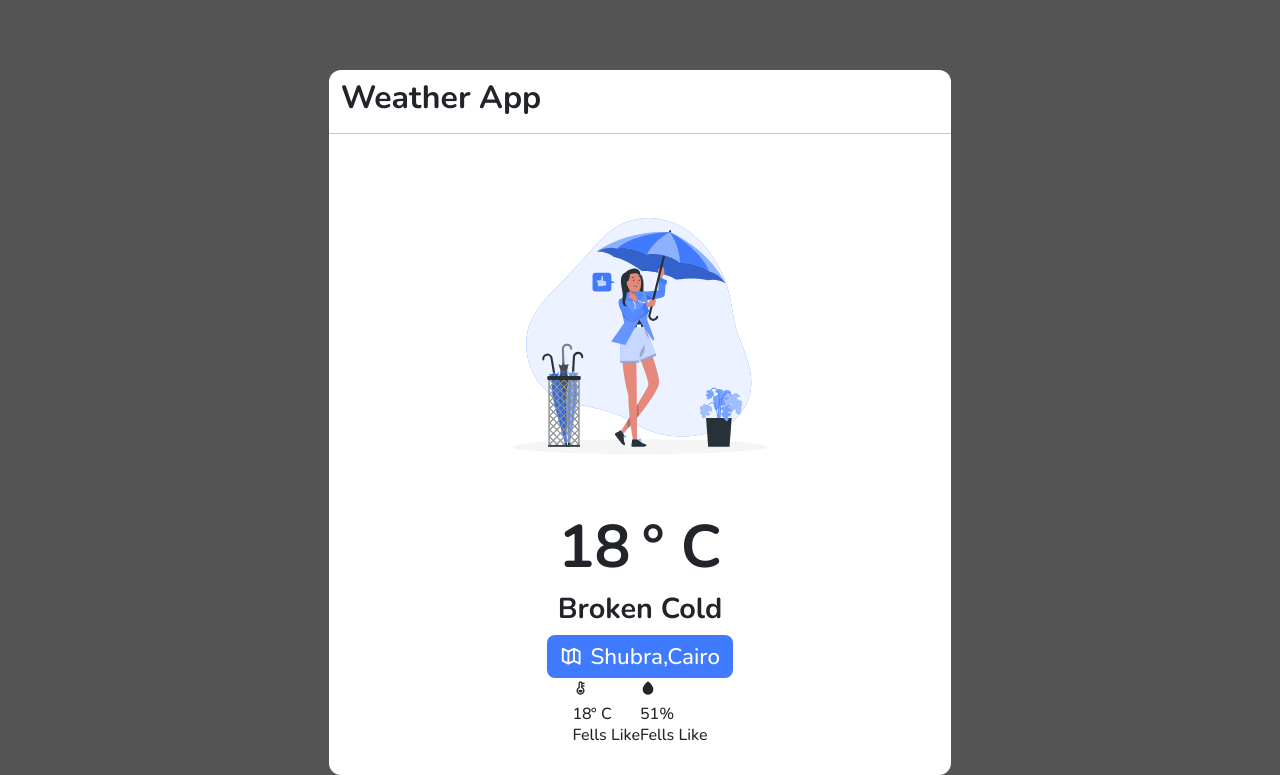
Repository: youssef168/Weather-App
Page: index.htm
These files come from the project's save history. The page is drawn as it stood at one moment and after the next save; the edit follows.
The browser window is 1280 px wide. The pictures show the whole page.

Above is the page before, as saved 2021-12-28 20:14:17.

### index.htm
<!DOCTYPE html>
<html lang="en">
<head>
    <meta charset="UTF-8">
    <meta http-equiv="X-UA-Compatible" content="IE=edge">
    <meta name="viewport" content="width=device-width, initial-scale=1.0">
    <link href="https://cdn.jsdelivr.net/npm/bootstrap@5.1.3/dist/css/bootstrap.min.css" rel="stylesheet" integrity="sha384-1BmE4kWBq78iYhFldvKuhfTAU6auU8tT94WrHftjDbrCEXSU1oBoqyl2QvZ6jIW3" crossorigin="anonymous">
    <link rel="preconnect" href="https://fonts.googleapis.com">
    <link rel="preconnect" href="https://fonts.gstatic.com" crossorigin>
    <link href="https://fonts.googleapis.com/css2?family=Nunito:ital,wght@0,300;0,500;0,600;0,700;0,900;1,200;1,300;1,400;1,500;1,700&family=Work+Sans:ital,wght@1,400;1,600&display=swap" rel="stylesheet">
    <link rel="stylesheet" href="./style.css">
    <link href='https://unpkg.com/boxicons@2.1.1/css/boxicons.min.css' rel='stylesheet'>

    <title>Document</title>
</head>
<body>
    <div class="container">
        <div class='row super'>
            <h2>Weather App</h2>
            <hr>
          <div class='col'>
              <div class="wearher-img">
                  <img class="w-100" src="./Umbrella-rafiki.svg" alt="">
              </div>
              <div class="weather-details">
                  <span class="degree">18</span>
                  <span class="sign">°</span>
                  <span class="sign-2">
                    C
                  </span>
                </div>
                <h4 class='weatherStatus'>Broken Cold</h4>
              <div class="location">
                <i class='bx bx-map-alt mr-4'></i>
                <span>Shubra,Cairo</span>
              </div>
              <div class="detail-box">
                  <div class="column fellLike">
                    <i class='bx bxs-thermometer'></i>
                    <div class="innerFeild">
                        <span class="degree-2">18</span>
                        <span class="sign">°</span>
                        <span class="sign-2">
                          C
                        </span>
                    </div>
                    <h6>Fells Like</h6>
              </div>

                  <div class="column Humidity">
                    <i class='bx bxs-droplet'></i>
                    <div class="innerFeild">
                        <span class="degree-3">51%</span>
                    </div>
                    <h6>Fells Like</h6>
                  </div>

          </div>
    </div>

    <script src="./script.js"></script>
    <script src="https://cdn.jsdelivr.net/npm/bootstrap@5.1.3/dist/js/bootstrap.bundle.min.js" integrity="sha384-ka7Sk0Gln4gmtz2MlQnikT1wXgYsOg+OMhuP+IlRH9sENBO0LRn5q+8nbTov4+1p" crossorigin="anonymous"></script>
</body>
</html>

### style.css
/* Start Global Rules */
body {
    font-family: 'Nunito', sans-serif;
    background: #555

}



.super {
    margin: auto;
    margin-top: 70px;
    width: fit-content;
    background: #fff;
    border-radius: 12px;
    /* background-image: url('./blob.svg');
    background-repeat: no-repeat;
    background-size: covere; */
}

/* end Global Rules */

h2 {
    font-weight: bold !important;
    /* font-size: 3.6rem !important; */
    line-height: 55px ;
}

.container {
    padding: 0;
}

.wearher-img {
    width: 330px;
}

.col {
    padding: 22px;
    display: flex !important;
    flex-direction: column;
    justify-content: center;
    align-items: center;
}

.weather-details {
    font-size: 60px;
    font-weight: bold;
}

.sign {
    margin-left: -5px;
}

.weatherStatus {
    font-weight: bolder;
    font-size: 1.8rem;
}

.location {
    font-size: 1.4rem;
    display: flex;
    align-items: center;
    background-color: #407BFF;
    padding: 5px 13px;
    color: #fff;
    border-radius: 8px;

}

.location .bx-map-alt {
    margin-right: 8px;
}

.detail-box {
    display: flex;
    justify-content: space-around !important;
}

Loaded but not shown: script.js (no copy from this time; the picture is the same without it)

After the next save:
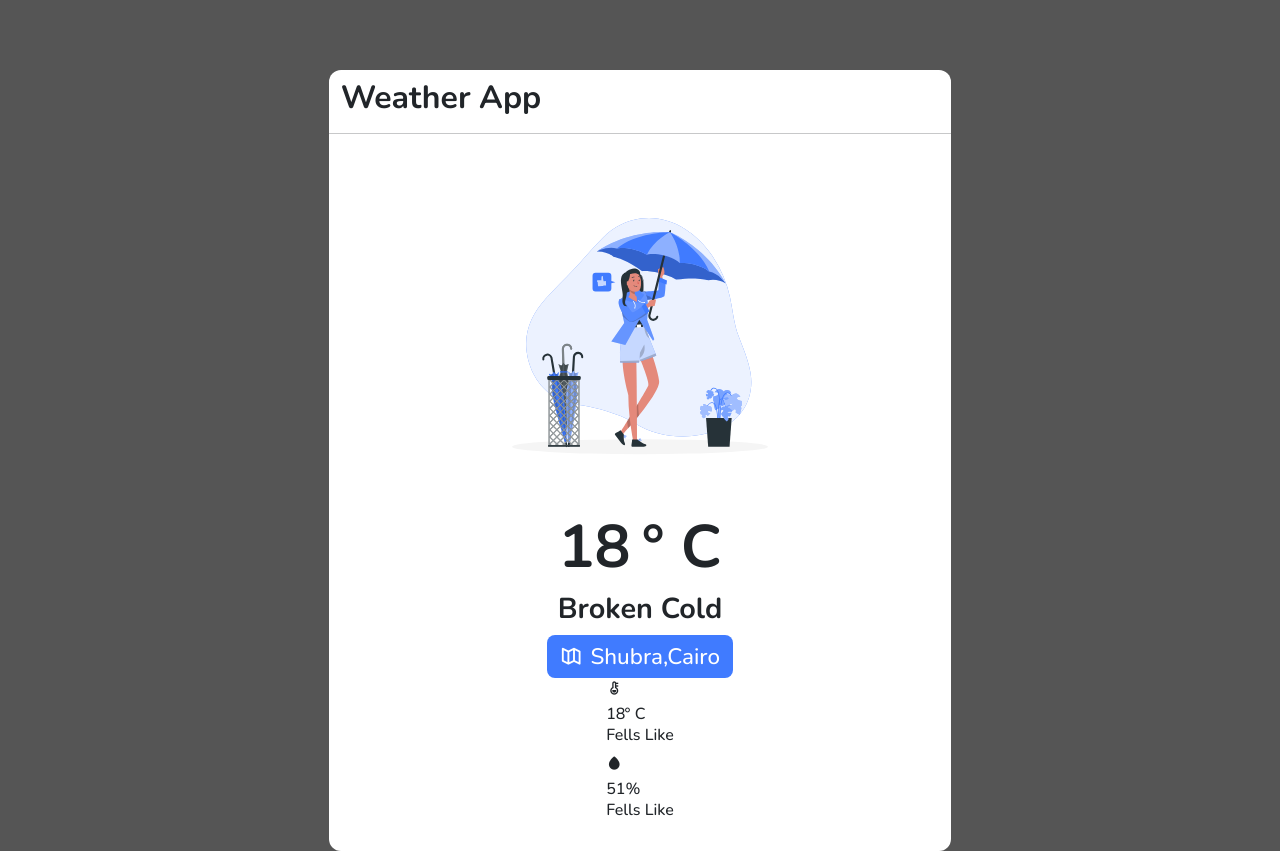
Saved 10 s later.
--- a/index.htm
+++ b/index.htm
@@ -45,7 +45,8 @@
                         </span>
                     </div>
                     <h6>Fells Like</h6>
-              </div>
+                </div>
+            </div>
 
                   <div class="column Humidity">
                     <i class='bx bxs-droplet'></i>

After the save that followed:
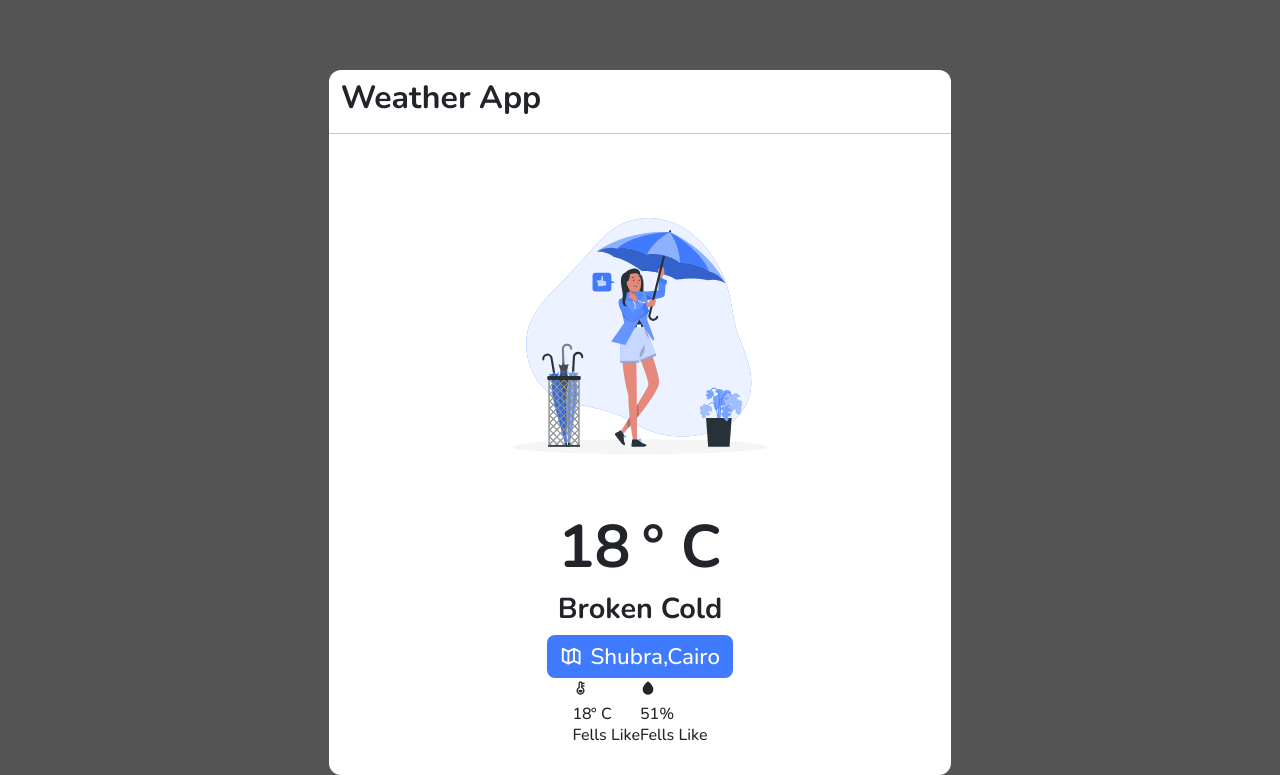
Saved 8 s later.
--- a/index.htm
+++ b/index.htm
@@ -46,7 +46,6 @@
                     </div>
                     <h6>Fells Like</h6>
                 </div>
-            </div>
 
                   <div class="column Humidity">
                     <i class='bx bxs-droplet'></i>
